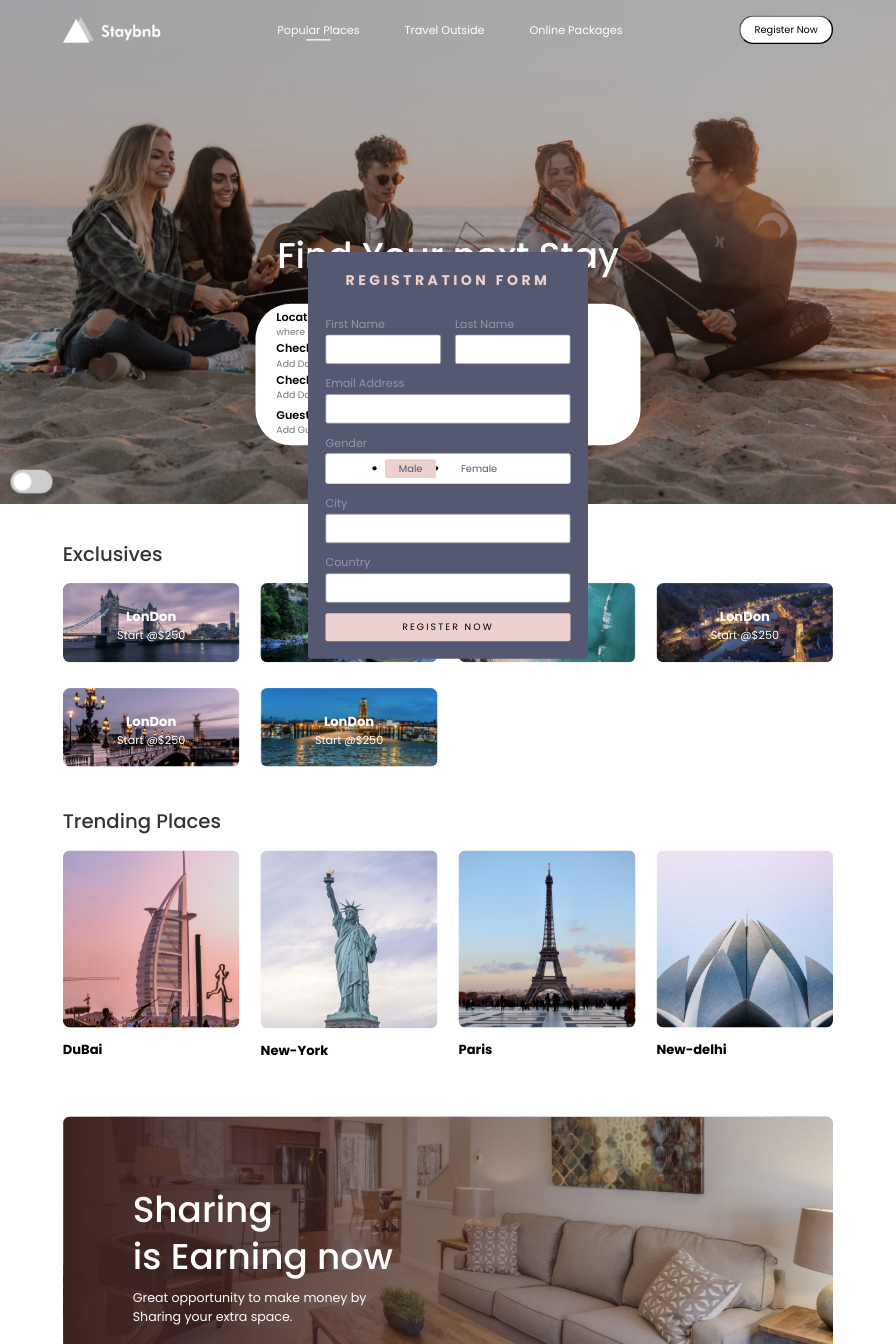
Repository: pinocoding/AirBnB
Page: index.html
An editor plug-in stored every save of this project. The page is shown before and after the next save, followed by the edit.
The browser window is 1280 px wide. The pictures show the part of the page from y = 0 to 1920 px (the page is 3041 px tall), at 70% of full size.

Above is the page before, as saved 2022-02-13 12:09:58.

After the next save:
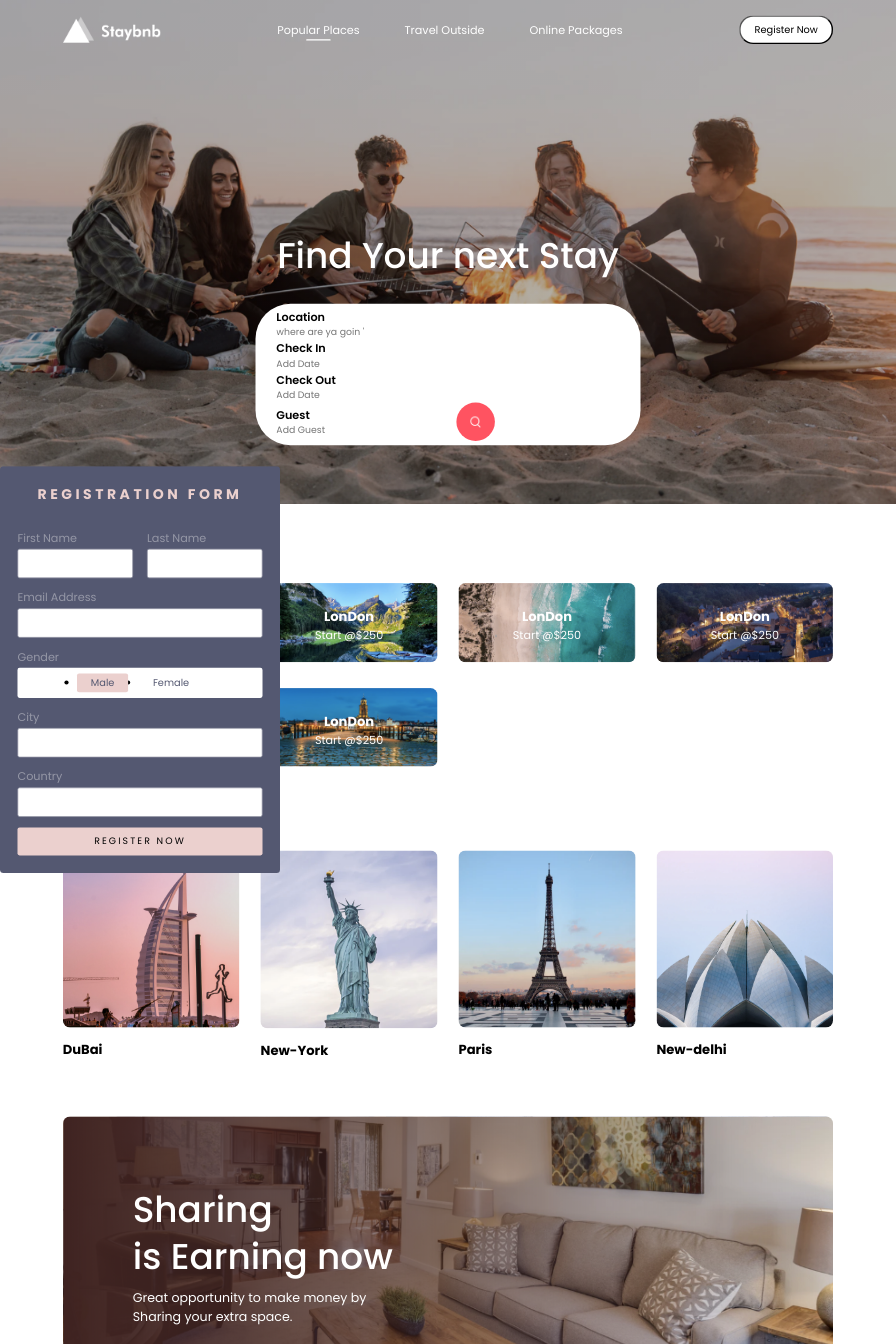
Saved 7 s later.
--- a/style.css
+++ b/style.css
@@ -307,9 +307,9 @@ nav {
     display: block;
     position: fixed;
     z-index: 99;
-    top: 50%;
+    /* top: 50%;
     left: 50%;
-    transform: translateX(-50%);
+    transform: translateX(-50%); */
 }
 
 .registration_form {
